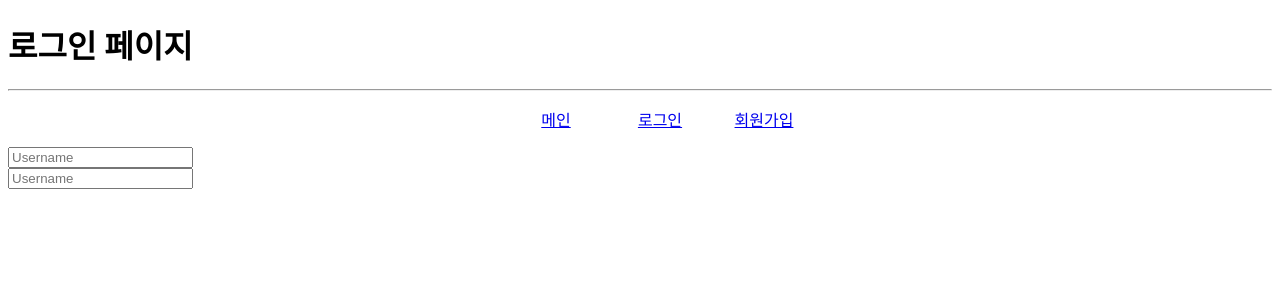
Repository: codingspecialist/jsp-weekend
Page: http://localhost/cos/login.jsp
These files come from the project's save history. The page is drawn as it stood at one moment and after the next save; the edit follows.
The browser window is 1280 px wide. The pictures show the whole page.
The page is served by Tomcat 9.

Above is the page before, as saved 2020-08-22 06:05:35.

After the next save:
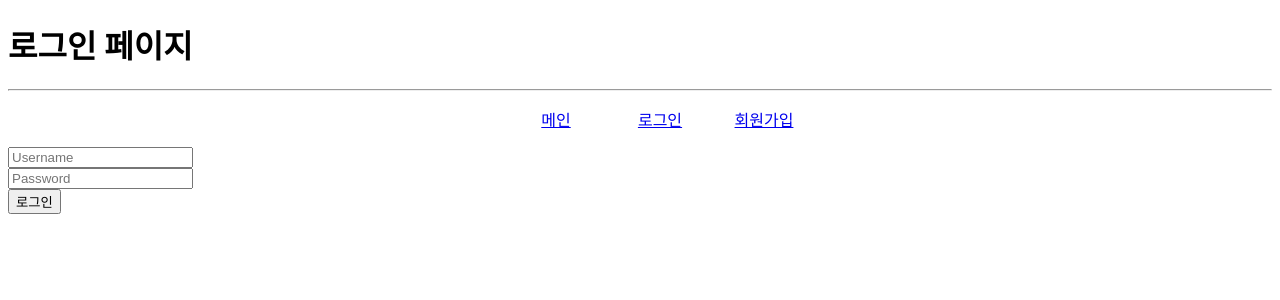
Saved 17 s later.
--- a/cos/WebContent/login.jsp
+++ b/cos/WebContent/login.jsp
@@ -26,7 +26,8 @@
 </ul>
 <form>
 	<input type="text" name="username" placeholder="Username"/> <br/>
-	<input type="text" name="username" placeholder="Username"/> <br/>
+	<input type="password" name="password" placeholder="Password"/> <br/>
+	<button>로그인</button>
 </form>
 </body>
 </html>
